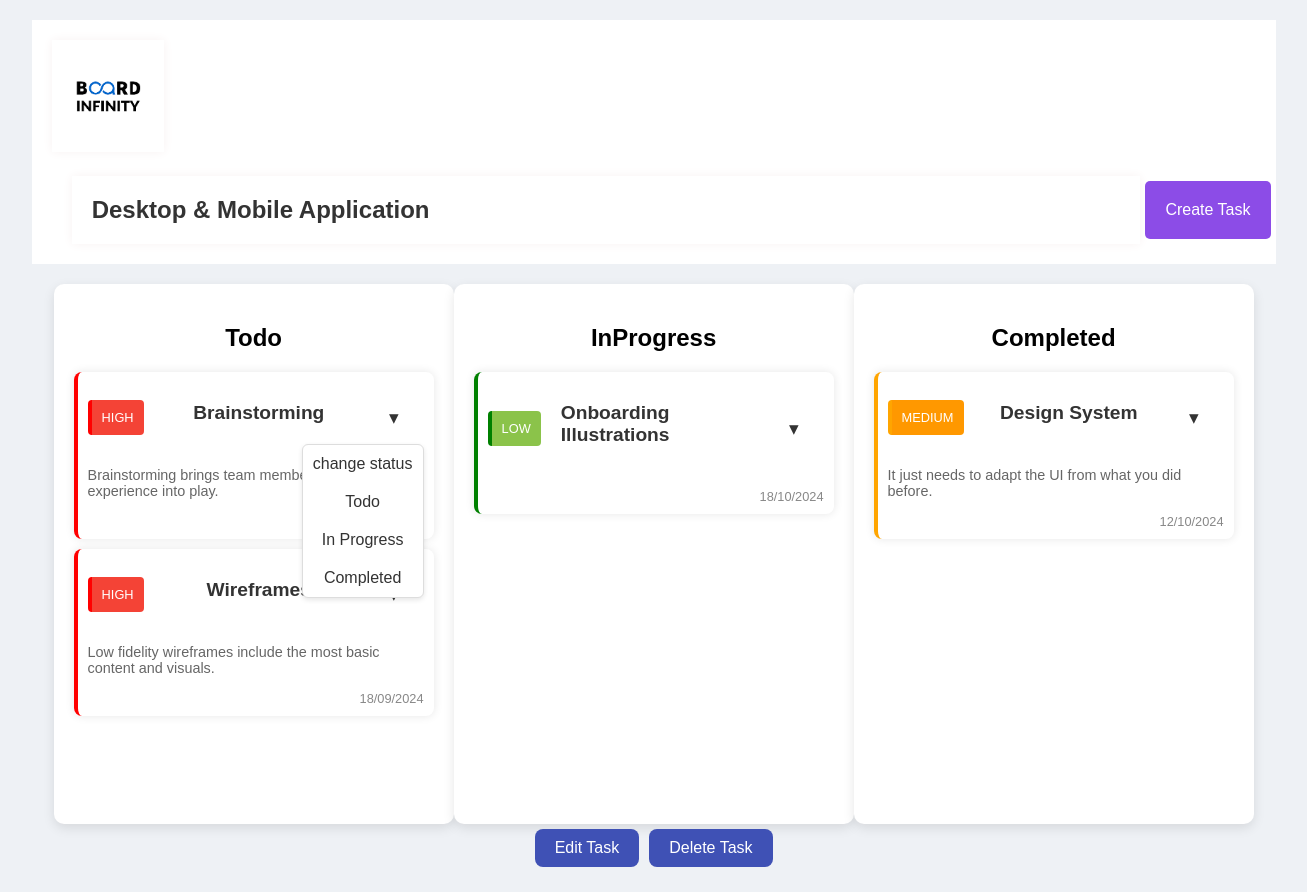
Repository: tanya2468/todo
Page: /, after clicking the first element matching `button.dropdown-toggle`
These files come from the project's save history. The page is drawn as it stood at one moment and after a run of saves; the edit follows.
The browser window is 1280 px wide. The page is 1307 px wide, so the pictures cover 1307 px, including what lies to the right of the window. The pictures show the whole page.
The project was rebuilt for these pictures with package versions that can differ from the ones it lists, and the page was loaded fresh each time. Also part of the build but not shown: src/TaskModal.css, src/TaskModal.js, src/EditTaskModal.js, src/DeleteTaskModal.js.

Above is the page before, as saved 2024-09-08 17:12:52.

### src/App.js
import React, { useState } from "react";
import "./App.css";
import TaskBoard from "./TaskBoard";
import TaskModal from "./TaskModal";
import Dashboard from "./components/Dashboard";
import EditTaskModal from "./EditTaskModal"; // Import the new edit modal component
import DeleteTaskModal from "./DeleteTaskModal"; // Import the new delete modal component

const initialTasks = {
  todo: [
    {
      id: 1,
      title: "Brainstorming",
      description: "Brainstorming brings team members' diverse experience into play.",
      priority: "High",
      date: "18/09/2024",
      status: "todo"
    },
    {
      id: 2,
      title: "Wireframes",
      description: "Low fidelity wireframes include the most basic content and visuals.",
      priority: "High",
      date: "18/09/2024",
      status: "todo"
    }
  ],
  inProgress: [
    {
      id: 3,
      title: "Onboarding Illustrations",
      description: "",
      priority: "Low",
      date: "18/10/2024",
      status: "inProgress"
    }
  ],
  completed: [
    {
      id: 4,
      title: "Design System",
      description: "It just needs to adapt the UI from what you did before.",
      priority: "Medium",
      date: "12/10/2024",
      status: "completed"
    }
  ]
};

function App() {
  const [tasks, setTasks] = useState(initialTasks);
  const [isCreateModalOpen, setIsCreateModalOpen] = useState(false);
  const [isEditModalOpen, setIsEditModalOpen] = useState(false);
  const [isDeleteModalOpen, setIsDeleteModalOpen] = useState(false);

  // Function to handle adding a new task
  const addTask = (newTask) => {
    setTasks(prevTasks => ({
      ...prevTasks,
      [newTask.status]: [...prevTasks[newTask.status], newTask]
    }));
  };

  const updateTaskStatus = (taskId, newStatus) => {
    const updatedTasks = { todo: [], inProgress: [], completed: [] };

    Object.keys(tasks).forEach(status => {
      tasks[status].forEach(task => {
        if (task.id === taskId) {
          task.status = newStatus;
          updatedTasks[newStatus].push(task);
        } else {
          updatedTasks[task.status].push(task);
        }
      });
    });

    setTasks(updatedTasks);
  };

  const deleteTask = (taskId) => {
    const updatedTasks = { ...tasks };
    Object.keys(updatedTasks).forEach((status) => {
      updatedTasks[status] = updatedTasks[status].filter((task) => task.id !== taskId);
    });
    setTasks(updatedTasks);
  };

  const saveTask = (editedTask) => {
    const updatedTasks = { ...tasks };
    updatedTasks[editedTask.status] = updatedTasks[editedTask.status].map(task =>
      task.id === editedTask.id ? editedTask : task
    );
    setTasks(updatedTasks);
  };

  return (
    <div className="app">

      {/* Dashboard component contains the logo, title, and create task button */}
      <Dashboard onCreateTask={() => setIsCreateModalOpen(true)} />

      {/* TaskBoard displays the tasks */}
      <TaskBoard
        tasks={tasks}
        updateTaskStatus={updateTaskStatus}
      />

      {/* Buttons to trigger the edit and delete modals */}
      <div className="task-actions">
        <button onClick={() => setIsEditModalOpen(true)}>Edit Task</button>
        <button onClick={() => setIsDeleteModalOpen(true)}>Delete Task</button>
      </div>

      {/* Modal for creating new tasks */}
      {isCreateModalOpen && (
        <TaskModal
          onClose={() => setIsCreateModalOpen(false)}
          onCreate={addTask}
        />
      )}

      {/* Modal for editing tasks */}
      {isEditModalOpen && (
        <EditTaskModal
          tasks={tasks}
          onClose={() => setIsEditModalOpen(false)}
          onSave={saveTask}
        />
      )}

      {/* Modal for deleting tasks */}
      {isDeleteModalOpen && (
        <DeleteTaskModal
          tasks={tasks}
          onClose={() => setIsDeleteModalOpen(false)}
          onDelete={deleteTask}
        />
      )}
    </div>
  );
}

export default App;

### src/App.css
/* General Styling */
body {
  font-family: 'Arial', sans-serif;
  background-color: #eef1f5;
  color: #333;
  margin: 0;
  padding: 0;
}

h1, h2, h3 {
  color: #333;
}

button {
  background-color: #3f51b5;
  color: white;
  border: none;
  padding: 10px 20px;
  margin: 5px;
  border-radius: 8px;
  cursor: pointer;
  font-size: 1rem;
  transition: background-color 0.3s ease;
}

button:hover {
  background-color: #2c3d9b;
}

/* Header */
header {
  display: flex;
  justify-content: space-between;
  align-items: center;
  width: 90%;
  padding: 10px 20px;
  background-color: #fff;
  box-shadow: 0 2px 4px rgba(0, 0, 0, 0.1);
}

header .logo {
  font-size: 1.5rem;
  font-weight: bold;
}

header .title {
  font-size: 2rem;
  color: #333;
}

.create-task-button {
  background-color: #6c5ce7;
  color: white;
  padding: 10px 20px;
  border: none;
  border-radius: 5px;
  cursor: pointer;
}

/* App Container */
.app {
  display: flex;
  flex-direction: column;
  align-items: center;
  justify-content: center;
  width: 99%;
  background-color: #eef1f5;
  padding: 20px;
}

/* Task Board */
.task-board {
  display: flex;
  justify-content: space-between;
  width: 100%;
  max-width: 1200px;
  margin-top: 20px;
}

/* Task Column */
.task-column {
  background-color: white;
  padding: 20px;
  border-radius: 10px;
  box-shadow: 0px 4px 12px rgba(0, 0, 0, 0.1);
  width: 30%;
  min-height: 500px;
  transition: transform 0.2s ease;
}

.task-column:hover {
  transform: translateY(-5px);
}

.task-column h2 {
  text-align: center;
  font-size: 1.5rem;
  color: black;
}

/* Task Card */
.task-card {
  background-color: #f5f5f5;
  padding: 20px;
  border-radius: 8px;
  margin-bottom: 15px;
  box-shadow: 0 2px 5px rgba(0, 0, 0, 0.1);
  transition: box-shadow 0.3s ease;
  position: relative;
}

.task-card:hover {
  box-shadow: 0 5px 15px rgba(0, 0, 0, 0.2);
}

.task-card h3 {
  font-size: 1.2rem;
  margin-top: 10px;
  padding:10px;
}

.task-card p {
  font-size: 0.9rem;
  color: #666;
}

/* Task Header */
.task-header {
  display: flex;
  justify-content: space-between;
  align-items: center;
}

/* Task Footer */
.task-footer {
  text-align: right;
  color: #888;
  font-size: 0.8rem;
}

/* Priority */
.priority {
  padding: 3px 6px;
  border-radius: 4px;
  font-size: 0.8rem;
  text-transform: uppercase;
  margin-right: 10px;
}

.priority.high {
  background-color: #f44336;
  color: white;
}

.priority.medium {
  background-color: #ff9800;
  color: white;
}

.priority.low {
  background-color: #8bc34a;
  color: white;
}

/* Dropdown */
.dropdown {
  position: relative;
  display: inline-block;
}

.dropdown-toggle {
  background: none;
  border: none;
  font-size: 1.2rem;
  cursor: pointer;
  color: #333;
}

.dropdown-menu {
  position: absolute;
  background-color: white;
  border: 1px solid #ddd;
  box-shadow: 0 2px 5px rgba(0, 0, 0, 0.1);
  border-radius: 6px;
  list-style: none;
  padding: 0;
  margin: 0;
  top: 100%;
  right: 0;
  z-index: 100;
  width: 120px;
}

.dropdown-menu li {
  padding: 10px;
  cursor: pointer;
  text-align: center;
}

.dropdown-menu li:hover {
  background-color: #f0f0f0;
}

/* Modal */
.modal-overlay {
  position: fixed;
  width: 100%;
  height: 100%;
  background: rgba(0, 0, 0, 0.4);
  display: flex;
  align-items: center;
  justify-content: center;
}

.modal {
  background: white;
  padding: 30px;
  border-radius: 10px;
  width: 100%;
  max-width: 500px;
  box-shadow: 0 5px 20px rgba(0, 0, 0, 0.2);
}

.modal h2 {
  margin-top: 0;
}

.modal .input-group {
  margin-bottom: 15px;
}

.modal .input-group label {
  display: block;
  margin-bottom: 5px;
  font-weight: bold;
}

.modal .input-group input,
.modal .input-group textarea,
.modal .input-group select {
  width: 100%;
  padding: 10px;
  border-radius: 4px;
  border: 1px solid #ccc;
}

.modal .input-group textarea {
  height: 80px;
}

.modal footer {
  text-align: center;
}

.modal footer button {
  padding: 10px 15px;
}

.cancel-button {
  background-color: #f44336;
}

.create-button {
  background-color: #634caf;
}

.cancel-button:hover {
  background-color: #d32f2f;
}

.create-button:hover {
  background-color: #388e3c;
}

### src/TaskBoard.js
import React from 'react';
import TaskCard from './TaskCard';

const TaskBoard = ({ tasks, updateTaskStatus }) => {
  const handleDragOver = (e) => {
    e.preventDefault(); // Allow the drop by preventing the default behavior
  };

  const handleDrop = (e, newStatus) => {
    const taskId = e.dataTransfer.getData('taskId'); // Retrieve the task ID from the dragged item
    updateTaskStatus(Number(taskId), newStatus); // Update task status when dropped
  };

  return (
    <div className="task-board">
      {Object.keys(tasks).map((status) => (
        <div
          key={status}
          className="task-column"
          onDragOver={handleDragOver} // Allow the drop in this column
          onDrop={(e) => handleDrop(e, status)} // Handle dropping tasks into the appropriate column
        >
          <h2>{status.charAt(0).toUpperCase() + status.slice(1)}</h2>
          {tasks[status].map((task) => (
            <TaskCard
              key={task.id}
              task={task}
              updateTaskStatus={updateTaskStatus} // Pass down to TaskCard
            />
          ))}
        </div>
      ))}
    </div>
  );
};

export default TaskBoard;

### src/components/Dashboard.js
import React from "react";
import './Dashboard.css'; // Ensure to include your CSS for styles.
import images from '../assets/images.png'; // Path to your logo image.

const Dashboard = ({ onCreateTask }) => {
  return (
    <div className="dashboard-header">
      <div className="dashboard-logo">
        {/* Display the Board Infinity Logo */}
        <img src={images} alt="Board Infinity Logo" />
      </div>

      <div className="dashboard-content">
        <div className="dashboard-title">
          {/* Title in the center */}
          <h1>Desktop & Mobile Application</h1>
        </div>

        <div className="dashboard-create-task">
          {/* Create Task button aligned to the right */}
          <button onClick={onCreateTask} className="create-task-button">
            Create Task
          </button>
        </div>
      </div>
    </div>
  );
};

export default Dashboard;

### src/TaskCard.js
import React, { useState } from "react";
import "./TaskCard.css";

const TaskCard = ({ task, updateTaskStatus }) => {
  const { id, title, description, priority, date } = task;
  const [showDropdown, setShowDropdown] = useState(false);

  const handleStatusChange = (newStatus) => {
    setShowDropdown(false);
    updateTaskStatus(id, newStatus);
  };

  const handleDragStart = (e) => {
    e.dataTransfer.setData("taskId", id); // Store task ID in the dataTransfer object
  };

  return (
    <div
      className={`task-card ${priority.toLowerCase()}`}
      draggable
      onDragStart={handleDragStart} // Add drag event
    >
      <div className="task-header">
        <span className={`priority ${priority.toLowerCase()}`}>{priority}</span>
        <h3>{title}</h3>
        <div className="dropdown">
          <button
            className="dropdown-toggle"
            onClick={() => setShowDropdown(!showDropdown)}
          >
            &#9662;
          </button>
          {showDropdown && (
            <ul className="dropdown-menu">
              <li>change status</li>
              <li onClick={() => handleStatusChange("todo")}>Todo</li>
              <li onClick={() => handleStatusChange("inProgress")}>In Progress</li>
              <li onClick={() => handleStatusChange("completed")}>Completed</li>
            </ul>
          )}
        </div>
      </div>
      <p>{description}</p>
      <div className="task-footer">
        <span>{date}</span>
      </div>
    </div>
  );
};

export default TaskCard;

### src/components/Dashboard.css
.dashboard-header {
    display: flex;
    flex-direction: column;
    align-items: left;
    padding: 20px;
    width: 95%;
    background-color: #fff; /* Background color of the header */
}

.dashboard-logo img {
    height: 80px; /* Adjust the height of the logo */
    padding: 16px;
    margin-bottom: 20px;
    max-width: 150px;
    align-items:left;
    box-shadow: 0 0 10px rgb(248, 242, 242);
}

.dashboard-content {
    display: flex;
    justify-content: space-between;
    align-items: left;
    width: 100%; /* Ensures it takes the full width */
    padding: 0 20px; /* Adds padding for spacing */
}

.dashboard-title {
    flex: 1;
    text-align: left;
    box-shadow: 0 0 10px rgb(248, 242, 242);
    padding: 20px;
    /* Removed margin-bottom to keep everything in the same row */
}

.dashboard-title h1 {
    font-size: 24px;
    margin: 0;
}

.dashboard-create-task {
    display: flex;
    justify-content: flex-end;

}

.dashboard-create-task .create-task-button {
    background-color: #8c4ce7;
    color: #fff;
    padding: 10px 20px;
    border: none;
    border-radius: 5px;
    cursor: pointer;
    font-size: 16px;
}

.dashboard-create-task .create-task-button:hover {
    background-color: #863ce6;
}

### src/TaskCard.css
.task-card {
    background-color: white;
    border-radius: 8px;
    padding: 20px;
    margin: 10px 0;
    box-shadow: 0 0 10px rgba(0, 0, 0, 0.1);
  }

  .high {
    border-left: 4px solid red;
    padding: 10px;
  }

  .medium {
    border-left: 4px solid orange;
    padding: 10px;
  }

  .low {
    border-left: 4px solid green;
    padding: 10px;
  }

Loaded but not shown: public/index.html (common file); src/index.js (common file); src/index.css (common file); src/reportWebVitals.js (common file)

After the next 4 saves:
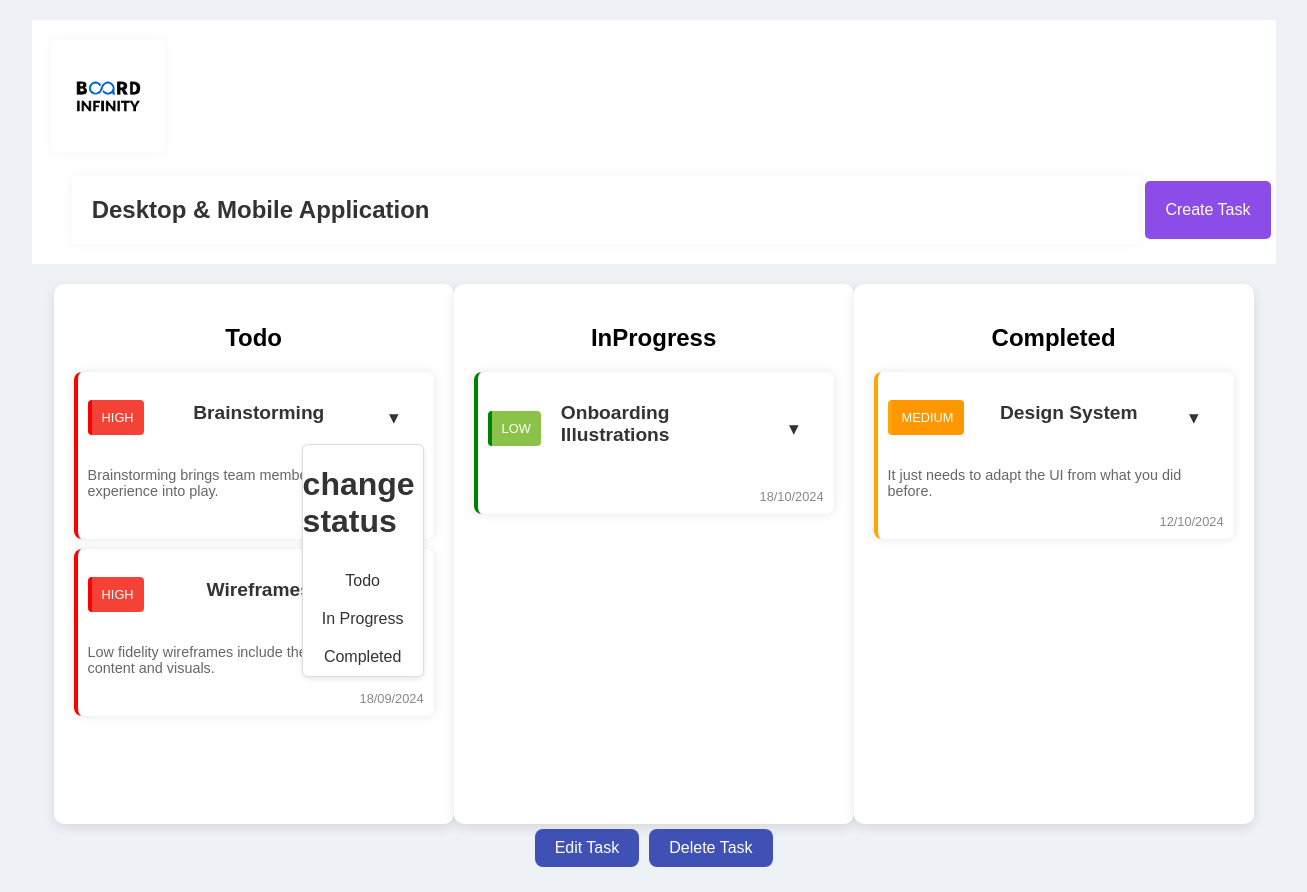
The 4 saves are shown as one change because they came seconds apart.
The last was saved 20 s later.
--- a/src/TaskCard.js
+++ b/src/TaskCard.js
@@ -32,7 +32,7 @@
           </button>
           {showDropdown && (
             <ul className="dropdown-menu">
-              <li>change status</li>
+              <h1>change status</h1>
               <li onClick={() => handleStatusChange("todo")}>Todo</li>
               <li onClick={() => handleStatusChange("inProgress")}>In Progress</li>
               <li onClick={() => handleStatusChange("completed")}>Completed</li>
